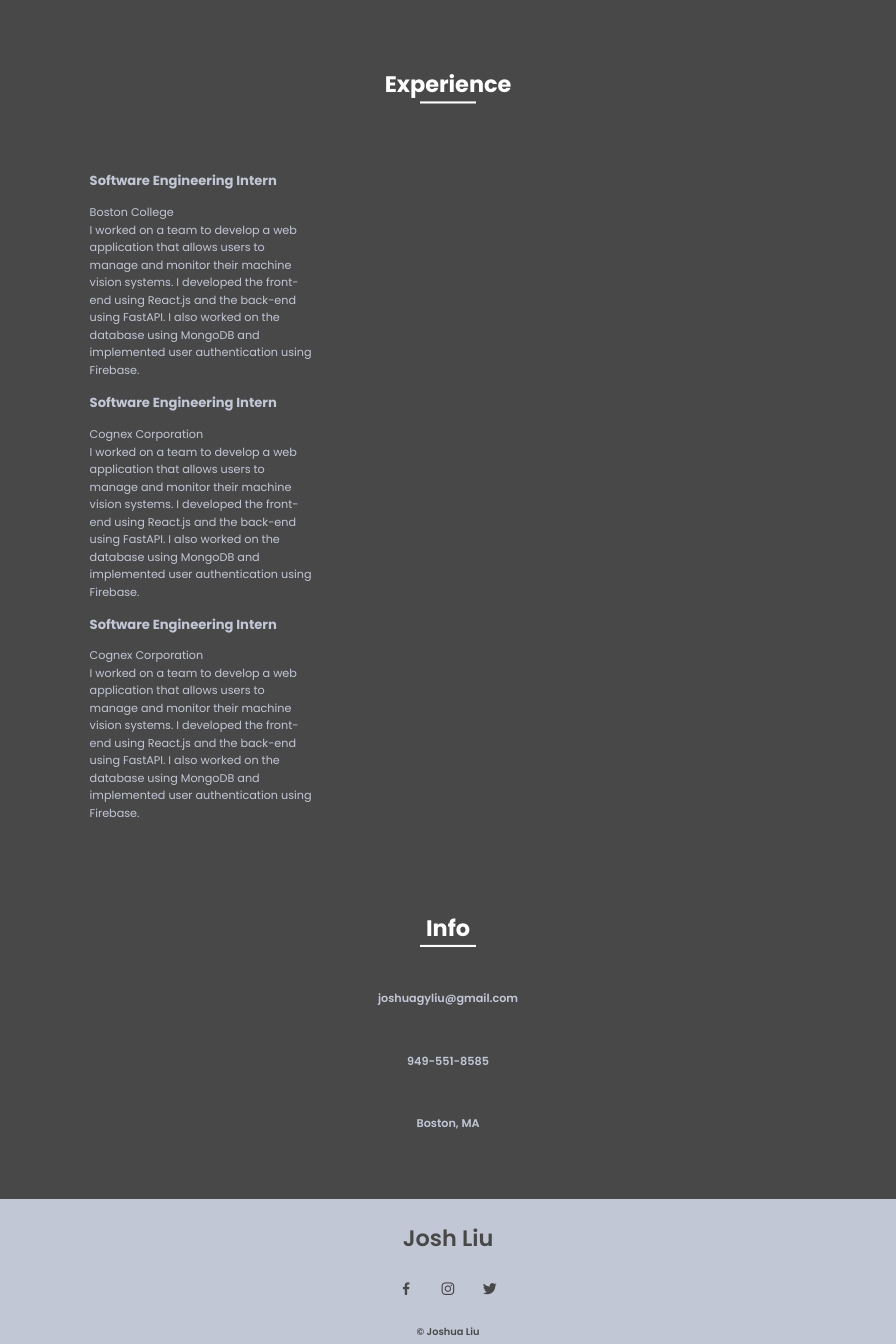
Repository: joshliu14/joshliu14.github.io
Page: index.html
An editor plug-in stored every save of this project. The page is shown before and after the next save, followed by the edit.
The browser window is 1280 px wide. The pictures show the part of the page from y = 2147 to 4067 px (the page is 4092 px tall before and 3175 px after), at 70% of full size.

Above is the page before, as saved 2024-02-01 00:36:21.

### index.html
<!DOCTYPE html>
<html lang="en">
  <head>
    <meta charset="UTF-8" />
    <meta name="viewport" content="width=device-width, initial-scale=1.0" />

    <link rel="stylesheet" href="assets/css/web.css" />

    <!-- =====BOX ICONS===== -->
    <link
      href="https://unpkg.com/boxicons@2.1.4/css/boxicons.min.css"
      rel="stylesheet"
    />

    <title>Joshua Liu</title>
  </head>
  <body>
    <!--===== HEADER =====-->
    <header class="l-header">
      <nav class="nav bd-grid">
        <div>
          <a href="#" class="nav__logo">Joshua Liu</a>
        </div>

        <div class="nav__menu" id="nav-menu">
          <ul class="nav__list">
            <li class="nav__item">
              <a href="#home" class="nav__link active-link">Home</a>
            </li>
            <li class="nav__item">
              <a href="#about" class="nav__link">About</a>
            </li>
            <li class="nav__item">
              <a href="#skills" class="nav__link">Skills</a>
            </li>
            <li class="nav__item">
              <a href="#work" class="nav__link">Experience</a>
            </li>
            <li class="nav__item">
              <a href="#contact" class="nav__link">Info</a>
            </li>
          </ul>
        </div>

        <div class="nav__toggle" id="nav-toggle">
          <i class="bx bx-menu"></i>
        </div>
      </nav>
    </header>

    <main class="l-main">
      <!--===== HOME =====-->
      <section class="home bd-grid" id="home">
        <div class="home__data">
          <h1 class="home__title">
            Hi,<br />I'm <span class="home__title-color">Josh</span><br />
          </h1>

          <a href="resume.pdf" class="button">Resume</a>
        </div>

        <div class="home__social">
          <a
            href="https://www.linkedin.com/in/joshua-liu-727847208/"
            class="home__social-icon"
            ><i class="bx bxl-linkedin"></i
          ></a>
          <a href="" class="home__social-icon"
            ><i class="bx bxl-behance"></i
          ></a>
          <a href="https://github.com/joshliu14" class="home__social-icon"
            ><i class="bx bxl-github"></i
          ></a>
        </div>

        <div class="home__img">
          <svg
            class="home__blob"
            viewBox="0 0 479 467"
            xmlns="http://www.w3.org/2000/svg"
            xmlns:xlink="http://www.w3.org/1999/xlink"
          >
            <mask id="mask0" mask-type="alpha">
              <path
                d="M9.19024 145.964C34.0253 76.5814 114.865 54.7299 184.111 29.4823C245.804 6.98884 311.86 -14.9503 370.735 14.143C431.207 44.026 467.948 107.508 477.191 174.311C485.897 237.229 454.931 294.377 416.506 344.954C373.74 401.245 326.068 462.801 255.442 466.189C179.416 469.835 111.552 422.137 65.1576 361.805C17.4835 299.81 -17.1617 219.583 9.19024 145.964Z"
              />
            </mask>
            <g mask="url(#mask0)">
              <path
                d="M9.19024 145.964C34.0253 76.5814 114.865 54.7299 184.111 29.4823C245.804 6.98884 311.86 -14.9503 370.735 14.143C431.207 44.026 467.948 107.508 477.191 174.311C485.897 237.229 454.931 294.377 416.506 344.954C373.74 401.245 326.068 462.801 255.442 466.189C179.416 469.835 111.552 422.137 65.1576 361.805C17.4835 299.81 -17.1617 219.583 9.19024 145.964Z"
              />
              <image
                class="home__blob-img"
                x="30"
                y="65"
                href="assets/img/profile.png"
              />
            </g>
          </svg>
        </div>
      </section>

      <!--===== ABOUT =====-->
      <section class="about section" id="about">
        <h2 class="section-title">About</h2>

        <div class="about__container bd-grid">
          <div class="about__img">
            <img src="assets/img/about.png" alt="" />
          </div>

          <div>
            <h2 class="about__subtitle">I'm Josh</h2>
            <p class="about__text">
              I am currently a sophomore at Brandeis University pursuing a
              degree in Computer Science and Applied Mathematics. I am eager to
              contribute my programming skills to real-world scenarios, and I am
              actively seeking software engineering internship opportunities. My
              goal is to enhance my knowledge, apply theoretical concepts in
              practical settings, and contribute meaningfully to innovative
              projects.
            </p>
          </div>
        </div>
      </section>

      <!--===== SKILLS =====-->
      <section class="skills section" id="skills">
        <h2 class="section-title">Skills</h2>

        <div class="skills__container bd-grid">
          <div>
            <h2 class="skills__subtitle">Programming/Framework/Software Skills</h2>
            <p class="skills__text">
                I have experience with the following programming languages and
                frameworks. I am also familiar with software such as Git and
                Firebase. I am always eager to learn new technologies, languages,
                and frameworks to expand my skillset.
            </p>
            <div class="skills__data">
              <div class="skills__names">
                <i class="bx bxl-java skills__icon"></i>
                <span class="skills__name">JAVA</span>
              </div>
            </div>
            <div class="skills__data">
              <div class="skills__names">
                <i class="bx bxl-javascript skills__icon"></i>
                <span class="skills__name">JAVASCRIPT</span>
              </div>
            </div>
            <div class="skills__data">
              <div class="skills__names">
                <i class="bx bxl-python skills__icon"></i>
                <span class="skills__name">PYTHON</span>
              </div>
            </div>
            <div class="skills__data">
              <div class="skills__names">
                <i class="bx bxl-c-plus-plus skills__icon"></i>
                <span class="skills__name">C++</span>
              </div>
            </div>
            <div class="skills__data">
              <div class="skills__names">
                <i class="bx bxl-html5 skills__icon"></i>
                <span class="skills__name">HTML</span>
              </div>
            </div>
            <div class="skills__data">
              <div class="skills__names">
                <i class="bx bxl-css3 skills__icon"></i>
                <span class="skills__name">CSS</span>
              </div>
            </div>
            <div class="skills__data">
              <div class="skills__names">
                <i class="bx bxl-javascript skills__icon"></i>
                <span class="skills__name">JAVA</span>
              </div>
            </div>
          </div>
          <div class="skills__column2">
            <div class="skills__data">
              <div class="skills__names">
                <i class="bx bxl-react skills__icon"></i>
                <span class="skills__name">REACT.JS</span>
              </div>
            </div>
            <div class="skills__data">
              <div class="skills__names">
                <i class="bx bxl-firebase skills__icon"></i>
                <span class="skills__name">FIREBASE</span>
              </div>
            </div>
            <div class="skills__data">
              <div class="skills__names">
                <i class="bx bxl-mongodb skills__icon"></i>
                <span class="skills__name">MONGODB</span>
              </div>
            </div>
            <div class="skills__data">
              <div class="skills__names">
                <i class="bx bxs-zap skills__icon"></i>
                <span class="skills__name">FASTAPI</span>
              </div>
            </div>
            <div class="skills__data">
              <div class="skills__names">
                <i class="bx bxl-redux skills__icon"></i>
                <span class="skills__name">REDUX</span>
              </div>
            </div>
            <div class="skills__data">
              <div class="skills__names">
                <i class="bx bxl-nodejs skills__icon"></i>
                <span class="skills__name">NODE</span>
              </div>
            </div>
            <div class="skills__data">
              <div class="skills__names">
                <i class="bx bxl-git skills__icon"></i>
                <span class="skills__name">GIT</span>
              </div>
            </div>
          </div>
      </section>

      <!--===== Experience =====-->
      <section class="work section" id="work">
        <h2 class="section-title">Experience</h2>

        <div class="work__container bd-grid">
            <div class="work__content">
                <div>
                <h3 class="work__title">Software Engineering Intern</h3>
                <span class="work__subtitle">Boston College</span>
                <p class="work__description">
                    I worked on a team to develop a web application that allows
                    users to manage and monitor their machine vision systems. I
                    developed the front-end using React.js and the back-end using
                    FastAPI. I also worked on the database using MongoDB and
                    implemented user authentication using Firebase.
                </p>
                </div>
                <div>
                <h3 class="work__title">Software Engineering Intern</h3>
                <span class="work__subtitle">Cognex Corporation</span>
                <p class="work__description">
                    I worked on a team to develop a web application that allows
                    users to manage and monitor their machine vision systems. I
                    developed the front-end using React.js and the back-end using
                    FastAPI. I also worked on the database using MongoDB and
                    implemented user authentication using Firebase.
                </p>
                </div>
                <div>
                <h3 class="work__title">Software Engineering Intern</h3>
                <span class="work__subtitle">Cognex Corporation</span>
                <p class="work__description">
                    I worked on a team to develop a web application that allows
                    users to manage and monitor their machine vision systems. I
                    developed the front-end using React.js and the back-end using
                    FastAPI. I also worked on the database using MongoDB and
                    implemented user authentication using Firebase.
                </p>
                </div>
            </div>
        </div>
      </section>

      <!--===== CONTACT =====-->
      <section class="contact section" id="contact">
        <h2 class="section-title">Info</h2>
        <p class="contact__input">joshuagyliu@gmail.com</p>
        <p class="contact__input">949-551-8585</p>
        <p class="contact__input">Boston, MA</p>
      </section>
    </main>

    <!--===== FOOTER =====-->
    <footer class="footer">
      <p class="footer__title">Josh Liu</p>
      <div class="footer__social">
        <a href="https://www.facebook.com/josh.liu.9847" class="footer__icon"
          ><i class="bx bxl-facebook"></i
        ></a>
        <a href="https://www.instagram.com/joshliu_" class="footer__icon"
          ><i class="bx bxl-instagram"></i
        ></a>
        <a href="https://twitter.com/jahliu" class="footer__icon"
          ><i class="bx bxl-twitter"></i
        ></a>
      </div>
      <p class="footer__copy">&#169; Joshua Liu</p>
    </footer>

    <!--===== SCROLL REVEAL =====-->
    <script src="https://unpkg.com/scrollreveal"></script>

    <!--===== MAIN JS =====-->
    <script src="assets/js/main.js"></script>
  </body>
</html>

Loaded but not shown: assets/js/main.js (61 lines, source omitted); assets/css/web.css (476 lines, source omitted)

After the next save:
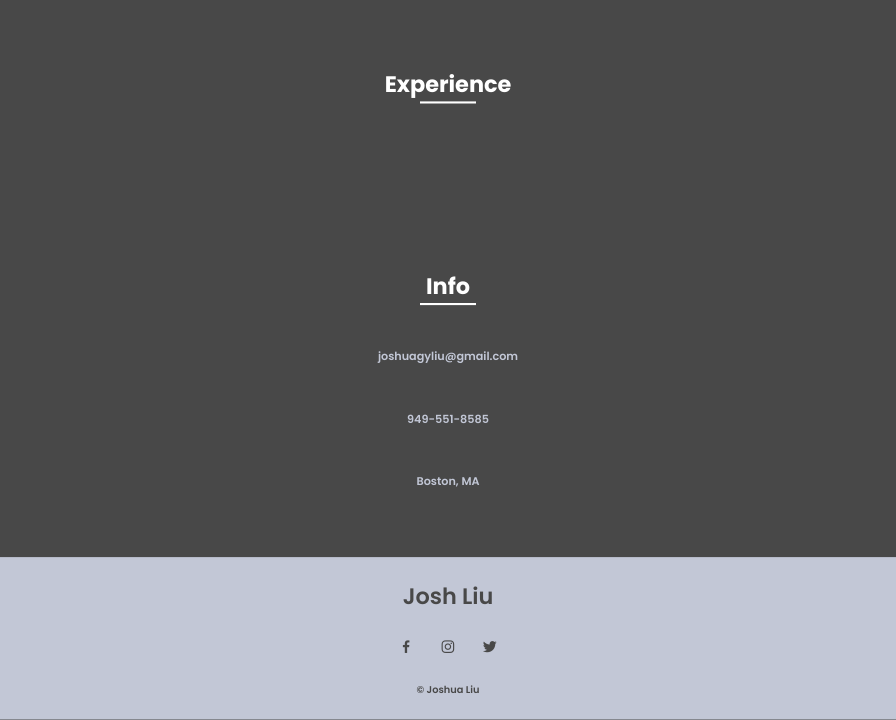
Not found: assets/img/work1.jpg
Not found: assets/img/work2.jpg
Not found: assets/img/work3.jpg
Saved 8 s later.
--- a/index.html
+++ b/index.html
@@ -231,41 +231,24 @@
         <h2 class="section-title">Experience</h2>
 
         <div class="work__container bd-grid">
-            <div class="work__content">
-                <div>
-                <h3 class="work__title">Software Engineering Intern</h3>
-                <span class="work__subtitle">Boston College</span>
-                <p class="work__description">
-                    I worked on a team to develop a web application that allows
-                    users to manage and monitor their machine vision systems. I
-                    developed the front-end using React.js and the back-end using
-                    FastAPI. I also worked on the database using MongoDB and
-                    implemented user authentication using Firebase.
-                </p>
-                </div>
-                <div>
-                <h3 class="work__title">Software Engineering Intern</h3>
-                <span class="work__subtitle">Cognex Corporation</span>
-                <p class="work__description">
-                    I worked on a team to develop a web application that allows
-                    users to manage and monitor their machine vision systems. I
-                    developed the front-end using React.js and the back-end using
-                    FastAPI. I also worked on the database using MongoDB and
-                    implemented user authentication using Firebase.
-                </p>
-                </div>
-                <div>
-                <h3 class="work__title">Software Engineering Intern</h3>
-                <span class="work__subtitle">Cognex Corporation</span>
-                <p class="work__description">
-                    I worked on a team to develop a web application that allows
-                    users to manage and monitor their machine vision systems. I
-                    developed the front-end using React.js and the back-end using
-                    FastAPI. I also worked on the database using MongoDB and
-                    implemented user authentication using Firebase.
-                </p>
-                </div>
-            </div>
+          <a href="" class="work__img">
+            <img src="assets/img/work1.jpg" alt="" />
+          </a>
+          <a href="" class="work__img">
+            <img src="assets/img/work2.jpg" alt="" />
+          </a>
+          <a href="" class="work__img">
+            <img src="assets/img/work3.jpg" alt="" />
+          </a>
+          <a href="" class="work__img">
+            <img src="assets/img/work4.jpg" alt="" />
+          </a>
+          <a href="" class="work__img">
+            <img src="assets/img/work5.jpg" alt="" />
+          </a>
+          <a href="" class="work__img">
+            <img src="assets/img/work6.jpg" alt="" />
+          </a>
         </div>
       </section>
 

After the save that followed:
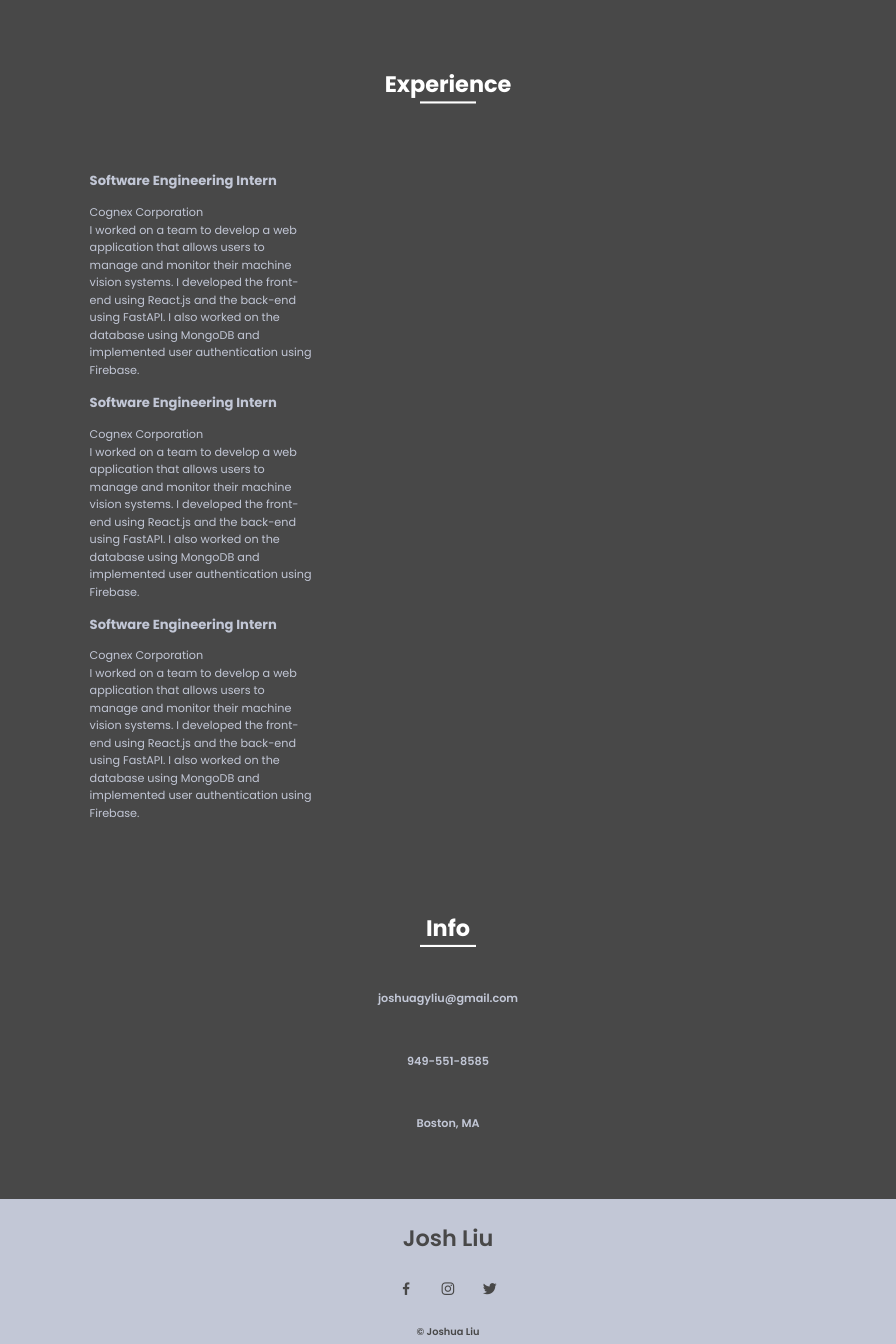
Saved 55 s later.
--- a/index.html
+++ b/index.html
@@ -231,24 +231,41 @@
         <h2 class="section-title">Experience</h2>
 
         <div class="work__container bd-grid">
-          <a href="" class="work__img">
-            <img src="assets/img/work1.jpg" alt="" />
-          </a>
-          <a href="" class="work__img">
-            <img src="assets/img/work2.jpg" alt="" />
-          </a>
-          <a href="" class="work__img">
-            <img src="assets/img/work3.jpg" alt="" />
-          </a>
-          <a href="" class="work__img">
-            <img src="assets/img/work4.jpg" alt="" />
-          </a>
-          <a href="" class="work__img">
-            <img src="assets/img/work5.jpg" alt="" />
-          </a>
-          <a href="" class="work__img">
-            <img src="assets/img/work6.jpg" alt="" />
-          </a>
+            <div class="work__content">
+                <div>
+                <h3 class="work__title">Software Engineering Intern</h3>
+                <span class="work__subtitle">Cognex Corporation</span>
+                <p class="work__description">
+                    I worked on a team to develop a web application that allows
+                    users to manage and monitor their machine vision systems. I
+                    developed the front-end using React.js and the back-end using
+                    FastAPI. I also worked on the database using MongoDB and
+                    implemented user authentication using Firebase.
+                </p>
+                </div>
+                <div>
+                <h3 class="work__title">Software Engineering Intern</h3>
+                <span class="work__subtitle">Cognex Corporation</span>
+                <p class="work__description">
+                    I worked on a team to develop a web application that allows
+                    users to manage and monitor their machine vision systems. I
+                    developed the front-end using React.js and the back-end using
+                    FastAPI. I also worked on the database using MongoDB and
+                    implemented user authentication using Firebase.
+                </p>
+                </div>
+                <div>
+                <h3 class="work__title">Software Engineering Intern</h3>
+                <span class="work__subtitle">Cognex Corporation</span>
+                <p class="work__description">
+                    I worked on a team to develop a web application that allows
+                    users to manage and monitor their machine vision systems. I
+                    developed the front-end using React.js and the back-end using
+                    FastAPI. I also worked on the database using MongoDB and
+                    implemented user authentication using Firebase.
+                </p>
+                </div>
+            </div>
         </div>
       </section>
 
